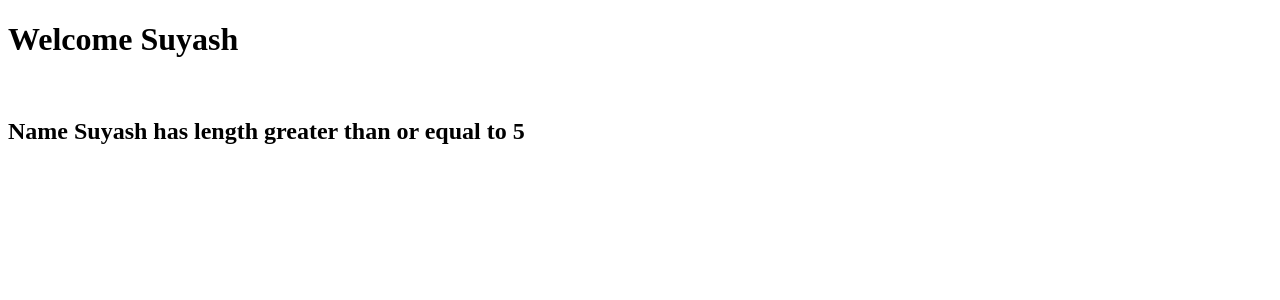
Repository: SuyashAwasthy/Javaee
Page: http://localhost/06-jsp-jstl-tag-demo/jstl-tag-demo.jsp
The author's editor kept a copy of each file at every save. The page is drawn from the files as they stood at one save, then again after the next save.
The browser window is 1280 px wide. The pictures show the whole page.
The page is served by Tomcat 9. Other server files are loaded and not shown.

Above is the page before, as saved 2024-07-15 10:05:28.

### 06-jsp-jstl-tag-demo/WebContent/jstl-tag-demo.jsp
<%@ page language="java" contentType="text/html; charset=ISO-8859-1"
    pageEncoding="ISO-8859-1"%>
<%@ taglib uri="http://java.sun.com/jsp/jstl/core" prefix="c"%>
<%@ taglib uri="http://java.sun.com/jsp/jstl/functions" prefix="fn"%>
<!DOCTYPE html>
<html>
<head>
<meta charset="ISO-8859-1">
<title>Insert title here</title>
</head>
<body>
	<c:set var="name" value="Suyash"></c:set>
	<h1>Welcome ${name}</h1><br>

	<c:if test="${name.length() >= 5}">
		<h2>Name ${name} has length greater than or equal to 5</h2>
	</c:if>

	<c:if test="${name.length() < 5}">
		<h2>Name ${name} has length less than 5</h2>
	</c:if>
</body>
</html>

After the next save:
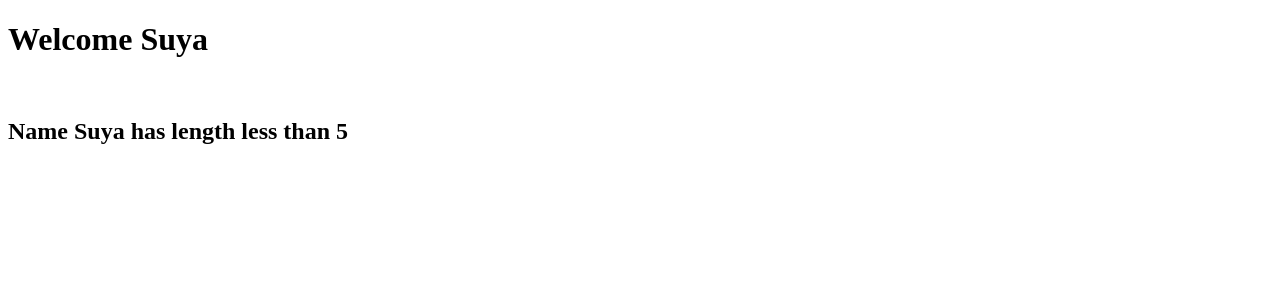
Saved 11 s later.
--- a/06-jsp-jstl-tag-demo/WebContent/jstl-tag-demo.jsp
+++ b/06-jsp-jstl-tag-demo/WebContent/jstl-tag-demo.jsp
@@ -9,7 +9,7 @@
 <title>Insert title here</title>
 </head>
 <body>
-	<c:set var="name" value="Suyash"></c:set>
+	<c:set var="name" value="Suya"></c:set>
 	<h1>Welcome ${name}</h1><br>
 
 	<c:if test="${name.length() >= 5}">

After the save that followed:
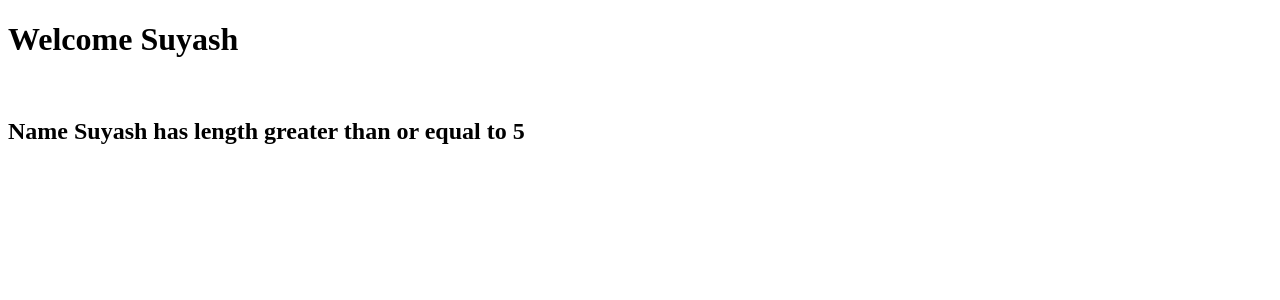
Saved 7 s later.
--- a/06-jsp-jstl-tag-demo/WebContent/jstl-tag-demo.jsp
+++ b/06-jsp-jstl-tag-demo/WebContent/jstl-tag-demo.jsp
@@ -9,7 +9,7 @@
 <title>Insert title here</title>
 </head>
 <body>
-	<c:set var="name" value="Suya"></c:set>
+	<c:set var="name" value="Suyash"></c:set>
 	<h1>Welcome ${name}</h1><br>
 
 	<c:if test="${name.length() >= 5}">
